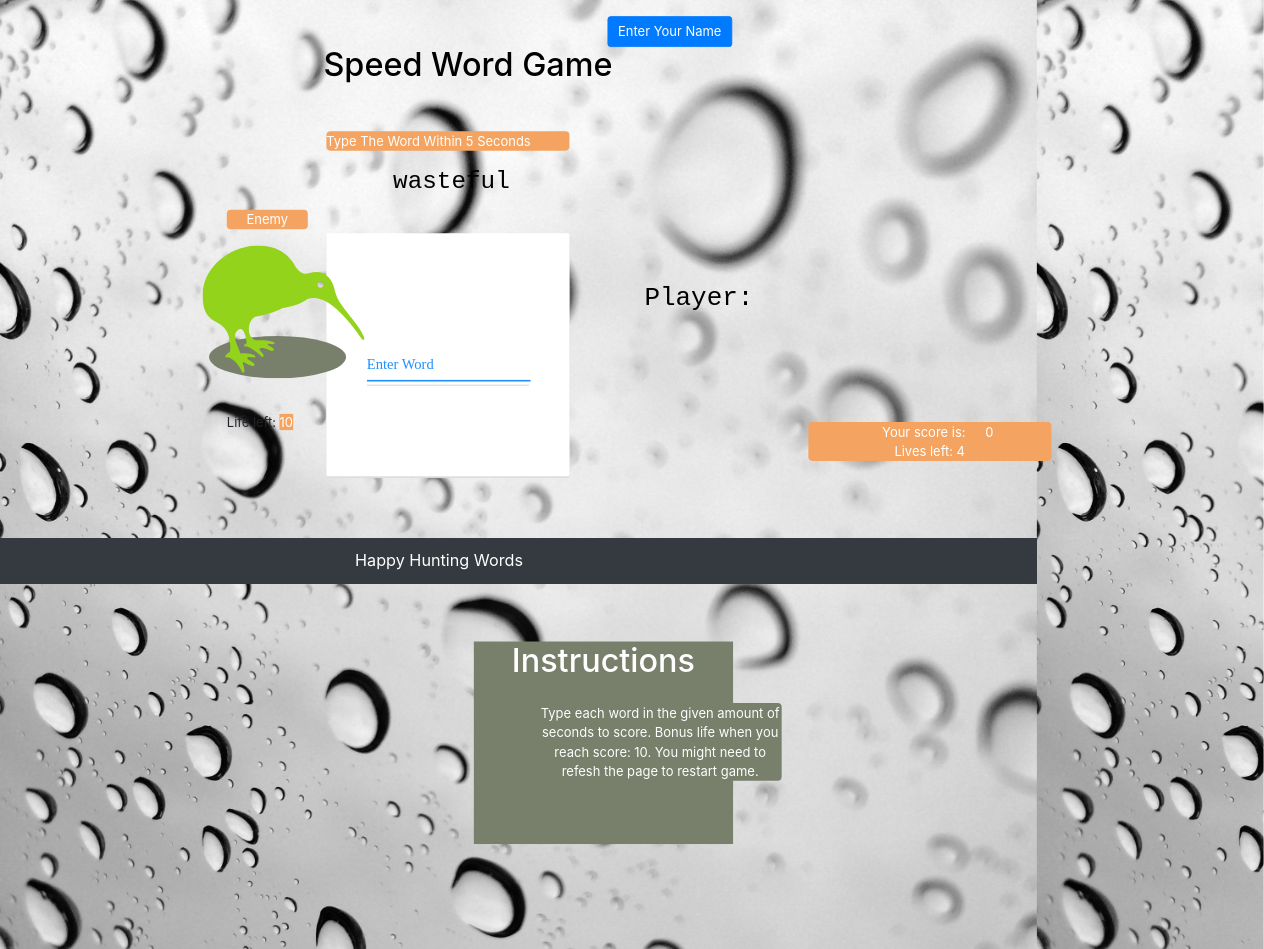
Repository: konstantin0s/word-game-project
Page: modal.html
The author's editor kept a copy of each file at every save. The page is drawn from the files as they stood at one save, then again after the next save.
The browser window is 1280 px wide. The page is 1560 px wide, so the pictures cover 1560 px, including what lies to the right of the window. The pictures show the whole page, at 81% of full size.
Backgrounds fixed to the window are drawn as part of the page. Some web libraries are served in a nearby version.

Above is the page before, as saved 2019-02-14 11:09:37.

### modal.html
<!DOCTYPE html>
<html lang="en">

<head>

  <meta charset="utf-8">
  <meta name="viewport" content="width=device-width, initial-scale=1, shrink-to-fit=no">
  <meta name="description" content="">
  <meta name="author" content="">

  <title>Speed Word Game</title>
  <!-- <link rel="stylesheet" href="https://maxcdn.bootstrapcdn.com/bootstrap/3.4.0/css/bootstrap.min.css"> -->
  <script src="https://ajax.googleapis.com/ajax/libs/jquery/3.3.1/jquery.min.js"></script>
  <script src="https://maxcdn.bootstrapcdn.com/bootstrap/3.4.0/js/bootstrap.min.js"></script>
  <script src="https://cdnjs.cloudflare.com/ajax/libs/p5.js/0.7.3/p5.js"></script>
  <!-- Bootstrap core CSS -->
  <link href="vendor/bootstrap/css/bootstrap.min.css" rel="stylesheet">

  <!-- Custom styles for this template -->
  <link href="css/the-big-picture.css" rel="stylesheet">
  <link rel="stylesheet" href="css/style.css">

</head>

<body>

  <!-- Navigation -->
  <nav class="navbar navbar-expand-lg navbar-dark bg-dark fixed-bottom">
    <div class="container">
      <a class="navbar-brand" href="#">Happy Hunting Words</a>
      <button class="navbar-toggler" type="button" data-toggle="collapse" data-target="#navbarResponsive" aria-controls="navbarResponsive" aria-expanded="false" aria-label="Toggle navigation">
        <span class="navbar-toggler-icon"></span>
      </button>
      <div class="collapse navbar-collapse" id="navbarResponsive">
      </div>
    </div>
  </nav>



<!-- Button trigger modal -->
<button type="button" id="clearPlayer" class="btn btn-primary" data-toggle="modal" data-target="#exampleModalCenter">
    Enter Your Name
  </button>

  <!-- Modal -->
  <div class="modal fade" id="exampleModalCenter" tabindex="-1" role="dialog" aria-labelledby="exampleModalCenterTitle" aria-hidden="true">
    <div class="modal-dialog modal-dialog-centered" role="document">
      <div class="modal-content">
        <div class="modal-header">
          <h5 class="modal-title" id="exampleModalLongTitle">Player Name</h5>
          <button type="button" class="close" data-dismiss="modal" aria-label="Close">
            <span aria-hidden="true">&times;</span>
          </button>
        </div>
        <div class="modal-body">
            <h3 id="playerN">Enter Your Name</h3>
            <input id="name" onchange="say_hi()">
        </div>
      </div>
    </div>
  </div>
<h2 id="user">
  Player:
</h2>

<div id="output"></div>

  <!-- Page Content -->
  <section>
    <div class="container">
      <div class="row">
        <div class="col-lg-6">
          <h1 class="mt-5">Speed Word Game</h1>
          <p class="type">Type The Word Within
            <span id="sec"></span>
            Seconds</p>
          <div id="wordsDisplay">

          </div>
          <div id="time">
           <p>Time left:</p> <span id="timeLeft"></span>
          </div>
          <div id="userDetails">
             Your score is: <span id="score">0</span><br>
             Lives left: <span id="lives">3</span>
          </div>
          <div class="wrapper">
            <input class="input" id="inputWord" onchange="compareGuess()" placeholder="Enter Word" type="text"  autofocus>
            <span class="underline"></span>
        </div>
        </div>
      </div>
    </div>
  </section>

  <div id="corWrong"></div>

   <p id="messageP"></p>
   <div class="enemy">
    Life left: <span id="enemyLife">10</span>
   </div>
  <svg version="1.1" id="Layer_1" xmlns="http://www.w3.org/2000/svg" xmlns:xlink="http://www.w3.org/1999/xlink" x="0px" y="0px"
  width="612px" height="502.174px" viewBox="0 65.326 612 502.174" enable-background="new 0 65.326 612 502.174"
  xml:space="preserve" class="logo">

<ellipse class="ground" cx="283.5" cy="487.5" rx="259" ry="80"/>
<path class="kiwi" d="M210.333,65.331C104.367,66.105-12.349,150.637,1.056,276.449c4.303,40.393,18.533,63.704,52.171,79.03
 c36.307,16.544,57.022,54.556,50.406,112.954c-9.935,4.88-17.405,11.031-19.132,20.015c7.531-0.17,14.943-0.312,22.59,4.341
 c20.333,12.375,31.296,27.363,42.979,51.72c1.714,3.572,8.192,2.849,8.312-3.078c0.17-8.467-1.856-17.454-5.226-26.933
 c-2.955-8.313,3.059-7.985,6.917-6.106c6.399,3.115,16.334,9.43,30.39,13.098c5.392,1.407,5.995-3.877,5.224-6.991
 c-1.864-7.522-11.009-10.862-24.519-19.229c-4.82-2.984-0.927-9.736,5.168-8.351l20.234,2.415c3.359,0.763,4.555-6.114,0.882-7.875
 c-14.198-6.804-28.897-10.098-53.864-7.799c-11.617-29.265-29.811-61.617-15.674-81.681c12.639-17.938,31.216-20.74,39.147,43.489
 c-5.002,3.107-11.215,5.031-11.332,13.024c7.201-2.845,11.207-1.399,14.791,0c17.912,6.998,35.462,21.826,52.982,37.309
 c3.739,3.303,8.413-1.718,6.991-6.034c-2.138-6.494-8.053-10.659-14.791-20.016c-3.239-4.495,5.03-7.045,10.886-6.876
 c13.849,0.396,22.886,8.268,35.177,11.218c4.483,1.076,9.741-1.964,6.917-6.917c-3.472-6.085-13.015-9.124-19.18-13.413
 c-4.357-3.029-3.025-7.132,2.697-6.602c3.905,0.361,8.478,2.271,13.908,1.767c9.946-0.925,7.717-7.169-0.883-9.566
 c-19.036-5.304-39.891-6.311-61.665-5.225c-43.837-8.358-31.554-84.887,0-90.363c29.571-5.132,62.966-13.339,99.928-32.156
 c32.668-5.429,64.835-12.446,92.939-33.85c48.106-14.469,111.903,16.113,204.241,149.695c3.926,5.681,15.819,9.94,9.524-6.351
 c-15.893-41.125-68.176-93.328-92.13-132.085c-24.581-39.774-14.34-61.243-39.957-91.247
 c-21.326-24.978-47.502-25.803-77.339-17.365c-23.461,6.634-39.234-7.117-52.98-31.273C318.42,87.525,265.838,64.927,210.333,65.331
 z M445.731,203.01c6.12,0,11.112,4.919,11.112,11.038c0,6.119-4.994,11.111-11.112,11.111s-11.038-4.994-11.038-11.111
 C434.693,207.929,439.613,203.01,445.731,203.01z"/>
<filter id="pictureFilter" >
 <feGaussianBlur stdDeviation="15" />
</filter>
</svg>


<div class="instructions">
  <h1>Instructions</h1>
  <p>Type each word in the given amount of seconds to score.
    Bonus life when you reach score: 10.
    You might need to refesh the page to restart game.
  </p>
</div>

  <!-- Bootstrap core JavaScript -->
  <script src="vendor/jquery/jquery.min.js"></script>
  <script src="vendor/bootstrap/js/bootstrap.bundle.min.js"></script>
  <script src="js/main.js"></script>

</body>

</html>

### css/the-big-picture.css
/*!
 * Start Bootstrap - The Big Picture (https://startbootstrap.com/template-overviews/the-big-picture)
 * Copyright 2013-2019 Start Bootstrap
 * Licensed under MIT (https://github.com/BlackrockDigital/startbootstrap-the-big-picture/blob/master/LICENSE)
 */
body {
  background: url('../img/drop.jpg') no-repeat center center fixed;
  -webkit-background-size: cover;
  -moz-background-size: cover;
  background-size: cover;
  -o-background-size: cover;
}

### css/style.css
body {
  margin: 0;
  padding: 0;
  z-index: 40;
  overflow-x: hidden;
}

.container {
  display: flex;
  flex-direction: column;
  justify-content: center;

}

.container .type {
   position: relative;
   top: 20px;
}
.mt-5 {
  color: black;
  text-align: center;
  position: relative;
  top: -30px;
  left: 290px;
}
.wrapper {
  background-color: #FFF;
  border-radius: 2px;
  box-shadow: 0px 2px 1px 0px #DDD;
  box-sizing: border-box;
  height: 300px;
  left: 550px;
  margin: -150px 0 0 -150px;
  position: absolute;
  top: 400px;
  width: 300px;

}

.input {
  background-color: transparent;
  border: none;
  border-bottom: 1px solid #CCC;
  color: #555;
  box-sizing: border-box;
  font-family: 'Arvo';
  font-size: 18px;
  height: 50px;
  left: 50%;
  margin: -25px 0 0 -100px;
  padding: 10px 0px;
  position: relative;
  top: 50%;
  width: 200px;

  &:focus {
    outline: none;
  }
}

input::-webkit-input-placeholder {
  color: #AAA;
}

input:focus::-webkit-input-placeholder {
  color: dodgerblue;
}

.input:focus+.underline {
  transform: scale(1);
}

.underline {
  background-color: dodgerblue;
  display: inline-block;
  height: 2px;
  left: 50px;
  margin-top: -4px;
  position: absolute;
  top: 185px;
  -webkit-transform: scale(0, 1);
  transform: scale(0, 1);
  -webkit-transition: all 0.5s linear;
  transition: all 0.5s linear;
  width: 202px;
}


font {
  color: white;
}

#wordsDisplay {
  position: relative;
  top: 20px;
  left: 387px;
  color: black;
  font-family: 'Courier New', Courier, monospace;
  font-size: 30px;
  width: 305px;
  text-align: center;
}
#userDetails {
  position: relative;
  top: 230px;
 float: right;
 /* left: 500px; */
 left: 740px;
  color: white;
  background-color: sandybrown;
  width: 300px;
  text-align: center;
  border-radius: 5px;
}

#score {
  position: relative;
  top: 0px;
  left: 20px;
  color: white;
  background-color: sandybrown;
}

#time {
  text-align: center;
}

 p {
  position: relative;
  top: 450px;
  left: 385px;
  color: white;
  background-color: sandybrown;
  width: 300px;
  border-radius: 5px;
 }

#timeLeft {
  position: relative;
  top: 400px;
  left: 330px;
  color: white;
  background-color: sandybrown;
}

.sec {
  position: relative;
  top: 400px;
  left: 330px;
  color: white;
  background-color: sandybrown;
}

b {
  color: black;
  text-transform: capitalize;;
}

#user {
  position: relative;
  top: 350px;
  right: 350px;
  float: right;
  color: black;
  font: 33px;
  font-family: 'Courier New', Courier, monospace;
}

#output {
  position: relative;
  color: black;
  float: right;
  right: 250px;
  font-size:28px;
  top: 410px;
}

#playerN {
  color: black;
}

.newP {
  position: relative;
  left: 40px;
  top: 120px;
}

.navbar-brand {
  position: relative;
  left: -90px;
}


@import "compass/css3";

.logo {
  position: relative;
  width: 200px;
  height: 164px;
  left: 250px;
  top: -100px;
}

.kiwi {
  fill: #94d31b;

}
.kiwi:hover {
  fill: #ace63c;
}

.ground {
  fill: #787f6a;
}
.ground:hover {
  filter: url(#pictureFilter);
  fill: #896d3d;
}

#messageP {
  position: relative;
  top: -80px;
  width: 100px;
  left: 280px;
  text-align: center;
}

.instructions {
  background-color: #787f6a;
  width: 25%;
  height: 250px;
  color: white;
  position: relative;
  left: 580px;
  top: 220px;
  margin: 5px;
  text-align: center;
  margin-bottom: 350px;
}

.instructions p {
  background-color: #787f6a;
  position: relative;
  left: 80px;
  top: 20px;
  width: 1005;
  text-align: center;
}

#clearPlayer {
  position: relative;
  top: 20px;
  left: 750px;
}

#corWrong {
  position: relative;
  left: 780px;
  top: 270px;
  color: black;
  font: 30px;
}

#enemyLife {
  color: white;
  background-color: sandybrown;

}
 .enemy {
   left: 280px;
   position: relative;
   top:130px;
 }

#modalContainer {
	background-color:rgba(0, 0, 0, 0.3);
	position:absolute;
  top:0;
	width:100%;
	height:100%;
	left:0px;
	z-index:10000;
  /* background: url('../img/drop.jpg') no-repeat center center fixed;required by MSIE to prevent actions on lower z-index elements */
}

#alertBox {
	position:relative;
  width:43%;
  height: 25%;
	min-height:100px;
  max-height:400px;
	margin-top:50px;
	border:1px solid #fff;
	background-color:#fff;
	background-repeat:no-repeat;
  top:30%;
  left: 500px;
}

#modalContainer > #alertBox {
  position:fixed;
}

#alertBox h1 {
	margin:0;
	font:bold 1em Raleway,arial;
	background-color:#f97352;
  color:#FFF;
  text-align: center;
	border-bottom:1px solid #f97352;
	padding:10px 0 10px 5px;
}

#alertBox p {
 height:50px;
	padding-left:5px;
  padding-top:30px;
  text-align:center;
   vertical-align:middle;
  visibility: hidden;
}

#alertBox #closeBtn {
	display:block;
	position:relative;
	margin:10px auto 10px auto;
  padding:7px;
	border:0 none;
	width:170px;
	text-transform:uppercase;
	text-align:center;
	color:#FFF;
	background-color:#f97352;
	border-radius: 0px;
	text-decoration:none;
  outline:0!important;
} */

/* unrelated styles */

 /* #mContainer {
  position:relative;
	width:600px;
	margin:auto;
	padding:5px;
	border-top:2px solid #fff;
	border-bottom:2px solid #fff;
}

h1,h2 {
	margin:0;
  padding:4px;
}

code {
	font-size:1.2em;
	color:#069;
}

#credits {
	position:relative;
	margin:25px auto 0px auto;
	width:350px;
	font:0.7em verdana;
	border-top:1px solid #000;
	border-bottom:1px solid #000;
	height:90px;
	padding-top:4px;
}

#credits img {
	float:left;
	margin:5px 10px 5px 0px;
	border:1px solid #000000;
	width:80px;
	height:79px;
}

.important {
	background-color:#F5FCC8;
	padding:2px;

}

@media (max-width: 600px)
{
  #alertBox {
	position:relative;
	width:90%;
  top:30%;
}
} */

### js/main.js
function say_hi() {
  var name = document.getElementById("name").value;
  var html = "<b>" + name + "</b> ";
 document.getElementById("output").innerHTML = html;
}

function clearPlayer() {
  document.getElementById("name").value = "";
  var input = document.getElementById("name");
  input.style.visibility = "hidden";
  var playerN = document.getElementById("playerN");
  playerN.style.visibility = "hidden";
  var clearPlayer = document.getElementById("clearPlayer");
  clearPlayer.style.visibility = "hidden";
  var exampleModalCenter = document.getElementById("exampleModalCenter");
  exampleModalCenter.style.visibility = "none";
  var modalContent = document.getElementsByClassName("modal-content");
  modalContent.style.visibility = "hidden";
}

  (function() {
    setInterval(function(){
      clearPlayer();
    }, 10000);
}());

  var wordGeneratorLevel1 = function() {
    setInterval(function(){
      generate();
    }, 5000);
    timer();
  }

  var wordGeneratorLevel2 = function() {
    setInterval(function(){
      generate();
    }, 3000);
    timer();
}

var input = document.getElementById("inputWord");
input.addEventListener('keyup',function(e){
  if (e.keyCode == 13) {
}
});

  var wordsLevel1 = [
    "clever", "amongst", "implementing", "intelectual", "sensual", "amazing", "beautify", "project", "tall",
"curl", "rate", "busy", "unusual", "extend", "exclusive", "ray", "shy", "wasteful", "unbecoming", "fallacious",
"toothbrush", "bounce", "brightwork", "verkrampte", "protectrix", "nudibranch", "grandchild", "newfangled", "flugelhorn", "mythologer"
     ];

     var wordsLevel2 = [
      "jackhammer",
     "brightwork", "verkrampte", "protectrix", "nudibranch", "grandchild", "newfangled", "flugelhorn", "mythologer",
     "pluperfect", "jellygraph", "quickthorn", "rottweiler", "technician", "cowpuncher", "middlebrow",
     "jackhammer", "triphthong", "wunderkind", "dazzlement", "jabberwock", "witchcraft","pawnbroker", "thumbprint", "motorcycle"
       ];


  var randomDiv = document.getElementById("wordsDisplay");
  var addScore = document.getElementById("score");
  var freshLives = document.getElementById("lives");
  var timeLeft = document.getElementById("timeLeft");
  var svgLogo = document.getElementById("Layer_1");
   var messagePlayer = document.getElementById("messageP");
   var corWrong = document.getElementById("corWrong");
   var dinaSec = document.getElementById("sec");
   var enemy = document.getElementById("enemyLife");
  var randomIndex;
  var newText;
  var score = 0;
  var lives = 5;
  var seconds = 5;
  enemyLife = 10;


  function flashLogo() {
    var interval = window.setInterval(function(){
      if(svgLogo.display !== "hidden"){
        svgLogo.style.visibility = "hidden";

      }else{
        svgLogo.style.visibility = "hidden";
      }
  }, 1000);
  }

  function checkLife() {
    if (lives == 0) {
      createCustomAlert(); // game over

      setInterval(function(){
          window.location.href = "http://127.0.0.1:5500/index.html";
      }, 10000);
      score = 0;
      addScore.textContent = "0"
      resetInput();
      lives = 5;
      freshLives.innerHTML = lives;
    }
  }


  function generate() {
   randomIndex = Math.ceil((Math.random() * wordsLevel1.length - 1));
   newText = wordsLevel1[randomIndex];
   randomDiv.innerHTML = newText;

  }

  function generateLevel2() {
    randomIndex = Math.ceil((Math.random() * wordsLevel2.length - 1));
    newText = wordsLevel2[randomIndex];
    randomDiv.innerHTML = newText;
   }

  var flag;
  function compareGuess() {
    var searchWord = document.getElementById("inputWord").value;
    var wordName = document.getElementById("wordsDisplay");
    messagePlayer.innerHTML = "Enemy";
    flag = false;
         if (searchWord == wordName.innerHTML) {
          corWrong.innerHTML = "Correct!!!"
          wordName.style.height = "40px";
           wordName.style.backgroundColor = "yellow";
           score++;
           enemyLife--;
           enemy.innerHTML = enemyLife;
           if (enemyLife == 0) {
            enemy.innerText = "";
           }
           addScore.textContent = score;
           flag = true;
           if (score >= 10 && score <= 11) {
            var audio = new Audio('https://interactive-examples.mdn.mozilla.net/media/examples/t-rex-roar.mp3');
            audio.play();
             lives++
            enemy.innerHTML = enemyLife;
            enemy.innerText = "DeaD";
             freshLives.innerHTML = lives;
            flashLogo();
            messagePlayer.innerHTML = "I'm Outta Here :)";
           }
           clearInterval(timer);
           setInterval(function(){
            wordName.style.backgroundColor = "";
          }, 1500);
          resetInput();
             flag = true;
         } else {
           wordName.style.backgroundColor = "";
         }

         if (flag == false) {
          lives--;
          freshLives.innerHTML = lives;
          corWrong.innerHTML = "Wrong!!!"
          resetInput();
         }
         checkLife();
      }

      function timer() {
        setInterval(function(){
          seconds--;
          dinaSec.innerHTML = seconds;
          timeLeft.innerHTML = seconds;
          if (seconds == 0 && !flag) {
            lives--;
          }
           if(seconds == 0) {
            freshLives.innerHTML = lives;
            seconds = currentLevel + 1;
            dinaSec.innerHTML = seconds;
            timeLeft.innerHTML = seconds;
            checkLife();
            flag = false;
           }
      }, 1000);
      }

 function resetInput() {
  document.getElementById("inputWord").value = "";
  }


  function init() {
    wordGeneratorLevel1();
    lives = 5;
    freshLives.innerHTML = lives;
    messagePlayer.innerHTML = "Enemy";
   }

 window.onload = init;

   var levels = {
    easy: 6,
    medium: 4,
    hard: 2
  }
  var currentLevel = levels.medium;


 var ALERT_TITLE = "Game Over!\n Restart?";
var ALERT_BUTTON_TEXT = "Ok";

if(document.getElementById) {
	window.alert = function(txt) {
    createCustomAlert(txt);
	}
}

function createCustomAlert(txt) {
	d = document;

  if(d.getElementById("modalContainer"))
   return;

	mObj = d.getElementsByTagName("body")[0].appendChild(d.createElement("div"));
	mObj.id = "modalContainer";
	mObj.style.height = d.documentElement.scrollHeight + "px";

	alertObj = mObj.appendChild(d.createElement("div"));
	alertObj.id = "alertBox";
	if(d.all && !window.opera) alertObj.style.top = document.documentElement.scrollTop + "px";
	alertObj.style.left = (d.documentElement.scrollWidth - alertObj.offsetWidth)/2 + "px";
  alertObj.style.visiblity="visible";
  alertObj.style.left="480px";

	h1 = alertObj.appendChild(d.createElement("h1"));
	h1.appendChild(d.createTextNode(ALERT_TITLE));

	msg = alertObj.appendChild(d.createElement("p"));
	//msg.appendChild(d.createTextNode(txt));
  msg.innerHTML = txt;
  audio = new Audio('http://www.project818.com/files/music/TI-Justin-Timberlake-Dead-and-Gone.mp3');
  audio.play();

	btn = alertObj.appendChild(d.createElement("a"));
	btn.id = "closeBtn";
	btn.appendChild(d.createTextNode(ALERT_BUTTON_TEXT));
	btn.href = "#";
	btn.focus();
  btn.onclick = function() { removeCustomAlert();
      audio.pause();
      window.location.href = "http://127.0.0.1:5500/index.html";
    return false; }

	alertObj.style.display = "block";

}

function removeCustomAlert() {
  document.getElementsByTagName("body")[0].removeChild(document.getElementById("modalContainer"));
  window.location.href = "http://127.0.0.1:5500/index.html";

}
function ful(){
alert('Game Over!!!');
}

Loaded but not shown: vendor/bootstrap/css/bootstrap.min.css (library); vendor/jquery/jquery.min.js (library); vendor/bootstrap/js/bootstrap.bundle.min.js (library)

After the next save:
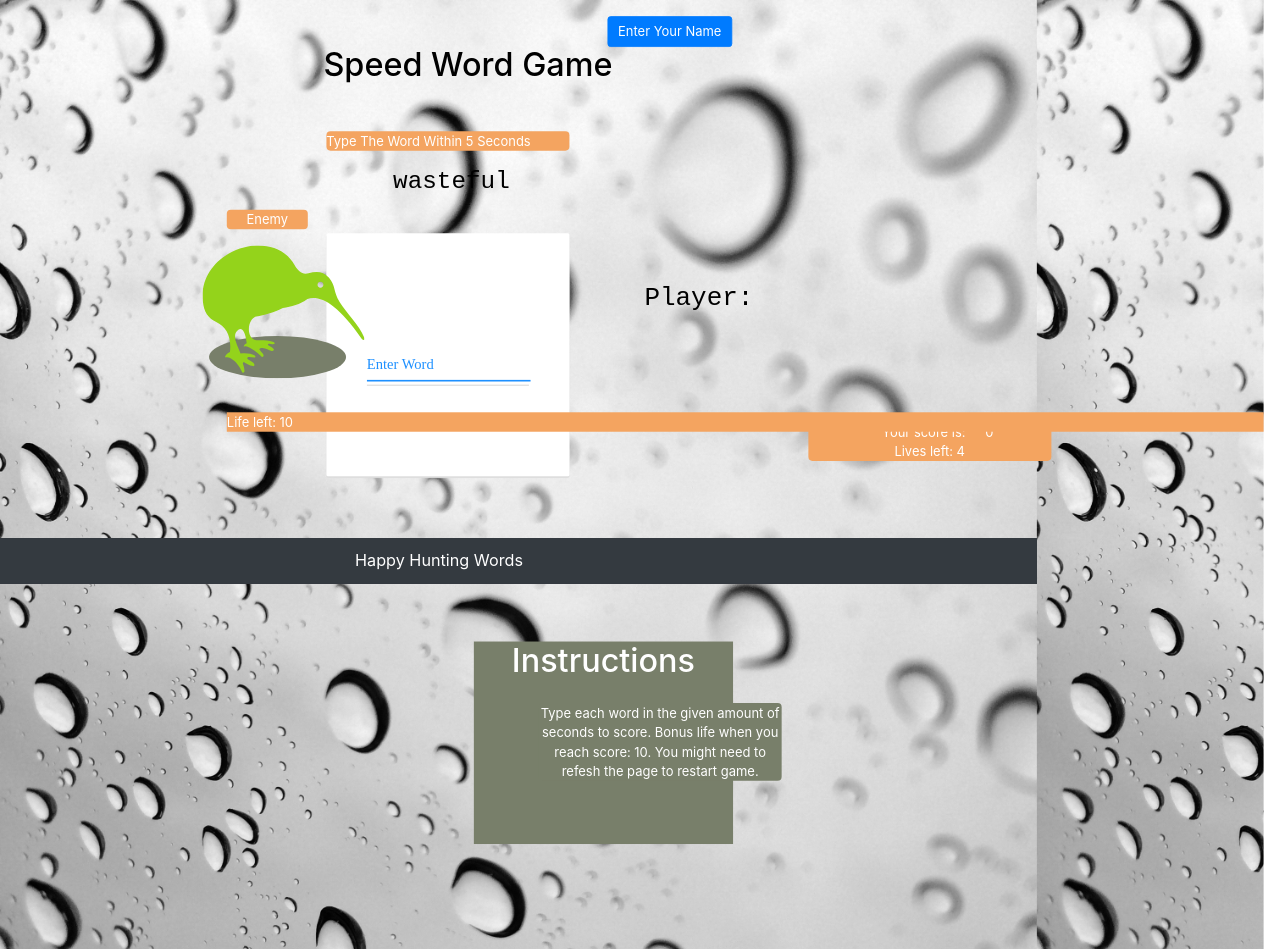
Saved 43 s later.
--- a/css/style.css
+++ b/css/style.css
@@ -270,6 +270,8 @@ b {
    left: 280px;
    position: relative;
    top:130px;
+   color: white;
+   background-color: sandybrown;
  }
 
 #modalContainer {
